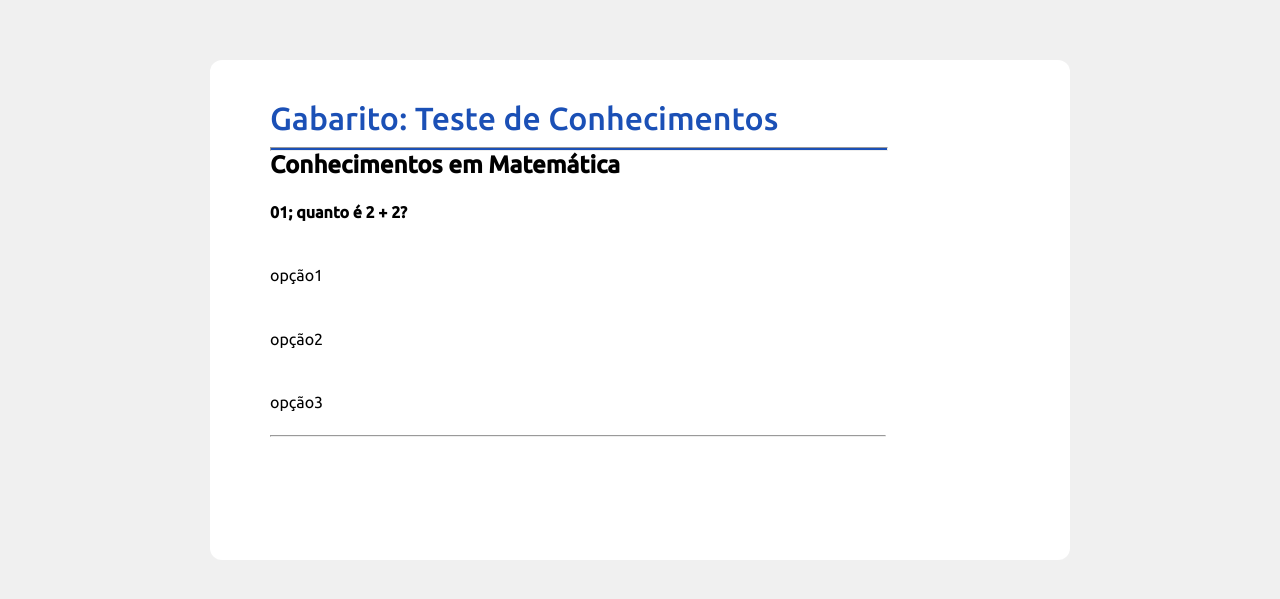
Repository: Delei09/desafioPerguntas
Page: / (app in frontend/)
These files come from the project's save history. The page is drawn as it stood at one moment and after the next save; the edit follows.
The browser window is 1280 px wide. The pictures show the whole page.
The project was rebuilt for these pictures with package versions that can differ from the ones it lists, and the page was loaded fresh each time.

Above is the page before, as saved 2021-08-18 09:24:00.

After the next save:
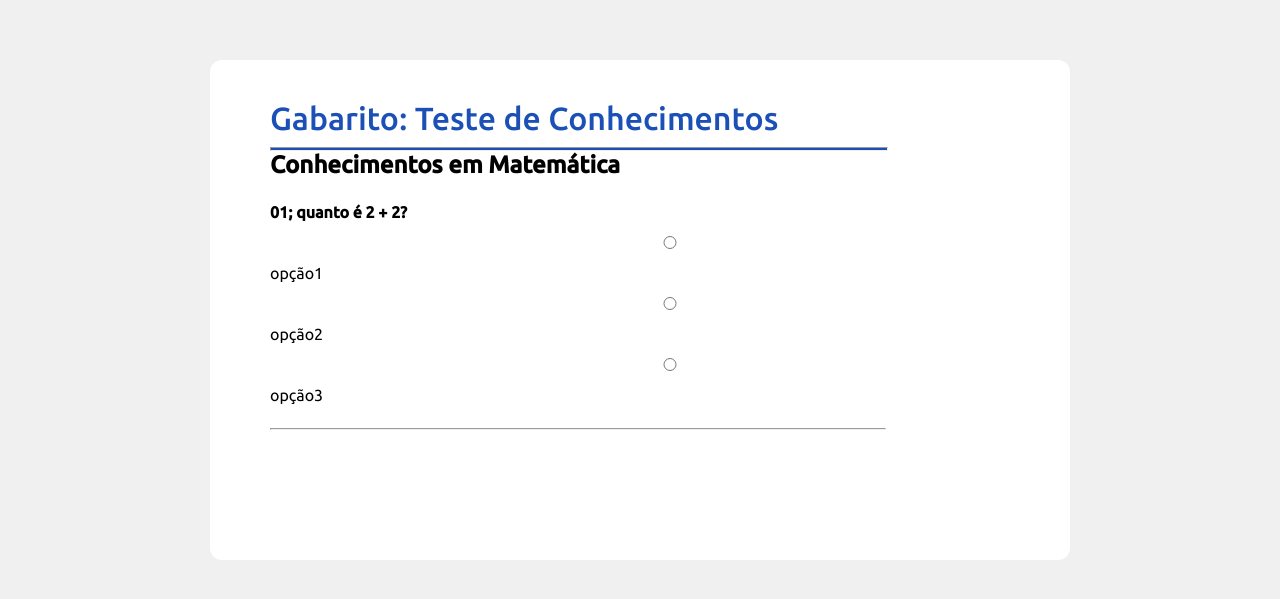
Saved 55 s later.
--- a/frontend/src/styles/main.scss
+++ b/frontend/src/styles/main.scss
@@ -27,7 +27,6 @@ main{
 input[type=radio] {
  border: 1px solid #fff;
  padding: 0.5em;
- -webkit-appearance: none;
 }
 
 input[type=radio]:checked {
